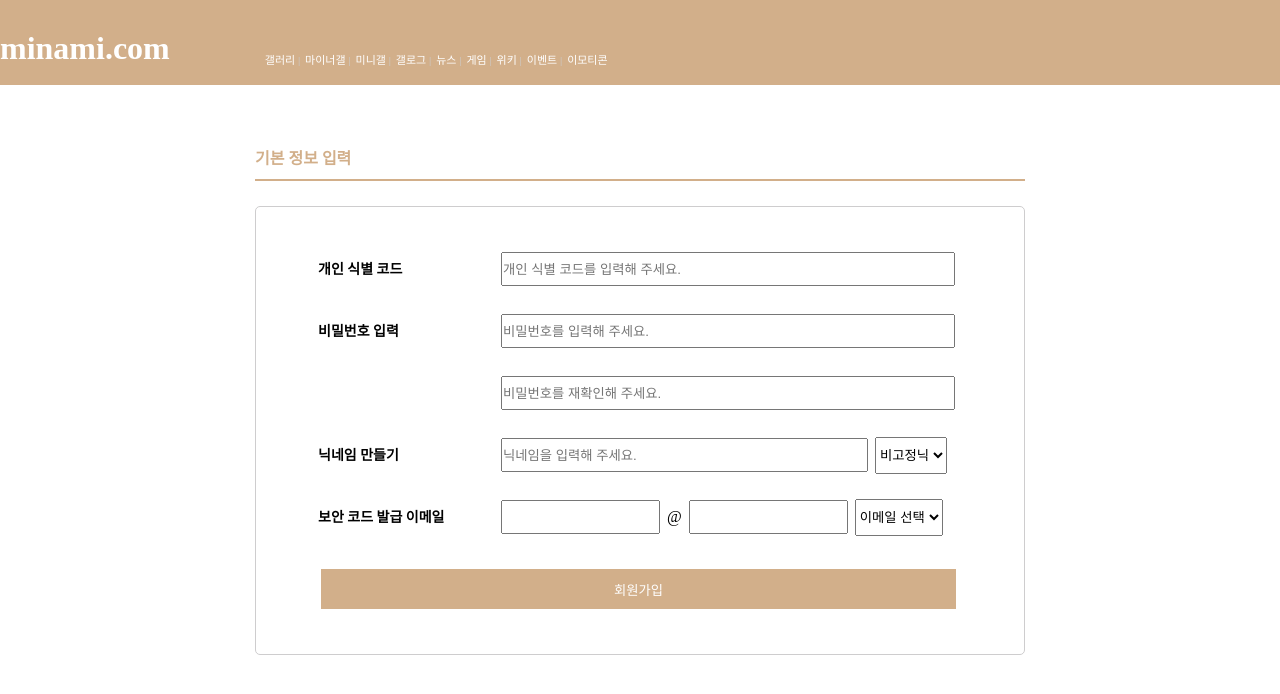
Repository: Minami0717/JSP_Study
Page: http://localhost/JSP_Gall/jsp/joinForm.jsp
An editor plug-in stored every save of this project. The page is shown before and after the next save, followed by the edit.
The browser window is 1280 px wide. The pictures show the whole page.
The page is served by Tomcat 9.

Above is the page before, as saved 2023-02-15 07:12:36.

After the next save:
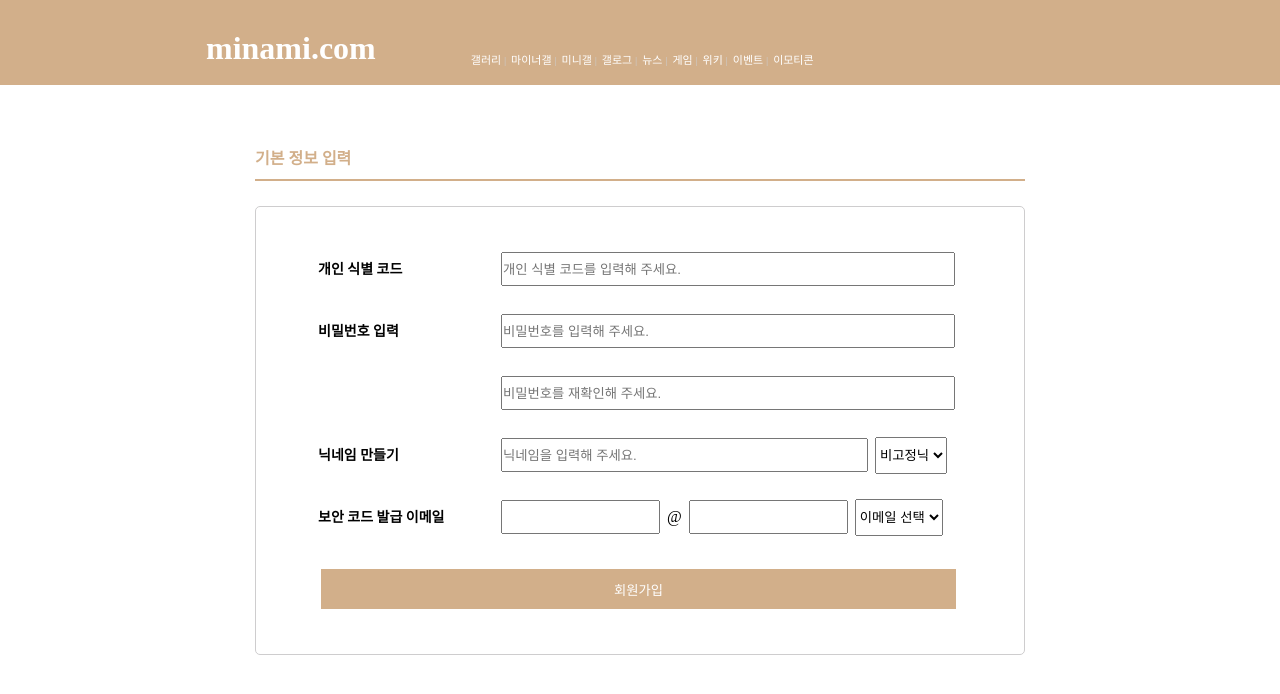
Saved 59 s later.
--- a/JSP_Gall/src/main/webapp/jsp/joinForm.jsp
+++ b/JSP_Gall/src/main/webapp/jsp/joinForm.jsp
@@ -11,7 +11,7 @@
 	li,ul,h1 {display: inline-block;}
 
 	header {background: #d2af8a; height: 85px;}
-	header > div {width: 868px; position: relative;}
+	header > div {width: 868px; position: relative; margin: 0 auto;}
 	header a {color: white;}
 	header li {font-size: 11px; color: #ccc; margin-left: 5px;}
 	header li a:hover {text-decoration: underline;}
